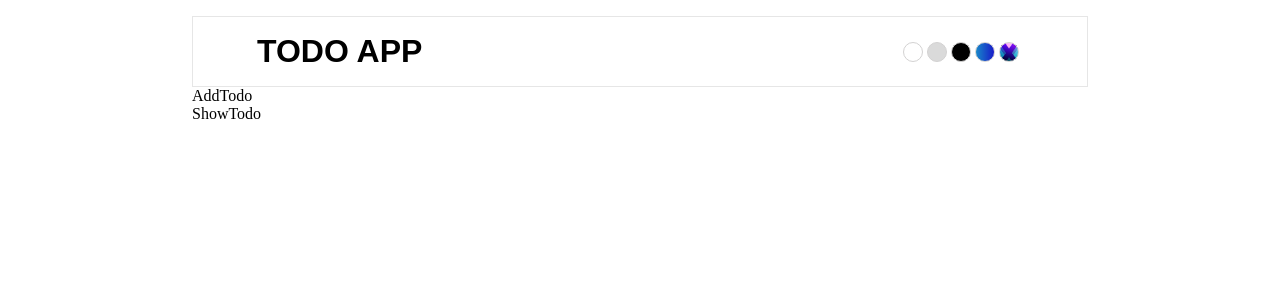
Repository: michalmilek/TodoApp
Page: /
An editor plug-in stored every save of this project. The page is shown before and after the next save, followed by the edit.
The browser window is 1280 px wide. The pictures show the whole page.
Some web fonts or font styles are not loaded; a fallback is used. The project was rebuilt for these pictures with package versions that can differ from the ones it lists, and the page was loaded fresh each time. Also part of the build but not shown: vite.config.js.

Above is the page before, as saved 2023-02-01 13:23:20.

### src/App.jsx
import { useState } from "react";
import "./App.css";
import AddTodo from "./components/AddTodo";
import Header from "./components/Header";
import ShowTodo from "./components/ShowTodo";

function App() {
  return (
    <div className="App">
      <Header />
      <AddTodo />
      <ShowTodo />
    </div>
  );
}

export default App;

### src/index.css
@import url(https://fonts.googleapis.com/css?family=Poppins:100,100italic,200,200italic,300,300italic,regular,italic,500,500italic,600,600italic,700,700italic,800,800italic,900,900italic);
@import url(https://fonts.googleapis.com/css?family=Texturina:100,200,300,regular,500,600,700,800,900,100italic,200italic,300italic,italic,500italic,600italic,700italic,800italic,900italic);

*{
  box-sizing: border-box;
  margin: 0;
  padding: 0;
}

body{
  display: flex;
  flex-direction: column;
  align-items: center;
  justify-content: center;
}

### src/App.css
header{
  display: flex;
  justify-content: space-between;
  align-items: center;
  width: 70vw;
  margin-top: 1rem;
  padding: 1rem 4rem;
  border: 1px solid rgb(230, 230, 230);
}

  .logo{
    font-family: 'Texturina', sans-serif;
  }

  .themeSelector{
    display: flex;
    gap: 4px;
  }

  .light{
  height: 20px;
  width: 20px;
  background-color: rgb(255, 255, 255);
  border: 1px solid rgb(211, 210, 210);;
  border-radius: 50%;
  display: inline-block;
  }

  .medium{
      height: 20px;
  width: 20px;
  background-color: rgb(218, 218, 218);
  border: 1px solid rgb(211, 210, 210);;
  border-radius: 50%;
  display: inline-block;
  }

  .dark{

      height: 20px;
  width: 20px;
  background-color: rgb(0, 0, 0);
  border: 1px solid rgb(211, 210, 210);
  border-radius: 50%;
  display: inline-block;
  }

  .g1{
    height: 20px;
  width: 20px;
  background: linear-gradient(90deg, #1888c9, #181bc9);;
  border: 1px solid rgb(211, 210, 210);
  border-radius: 50%;
  display: inline-block;
  }

  .g2{
    background: linear-gradient(235deg, #FFFFFF 0%, #000F25 100%), linear-gradient(180deg, #6100FF 0%, #000000 100%), linear-gradient(235deg, #FFA3AC 0%, #FFA3AC 40%, #00043C calc(40% + 1px), #00043C 60%, #005D6C calc(60% + 1px), #005D6C 70%, #00C9B1 calc(70% + 1px), #00C9B1 100%), linear-gradient(125deg, #FFA3AC 0%, #FFA3AC 40%, #00043C calc(40% + 1px), #00043C 60%, #005D6C calc(60% + 1px), #005D6C 70%, #00C9B1 calc(70% + 1px), #00C9B1 100%);
  background-blend-mode: soft-light, screen, darken, normal;
height: 20px;
  width: 20px;
  border: 1px solid rgb(211, 210, 210);
  border-radius: 50%;
  display: inline-block;
}

### src/components/AddTodo.jsx
import React from "react";

const AddTodo = () => {
  return <div>AddTodo</div>;
};

export default AddTodo;

### src/components/Header.jsx
import React from "react";

const Header = () => {
  return (
    <header>
      <div className="logo">
        <h1>TODO APP</h1>
      </div>
      <div className="themeSelector">
        <span className="light"></span>
        <span className="medium"></span>
        <span className="dark"></span>
        <span className="g1"></span>
        <span className="g2"></span>
        <span className="g3"></span>
      </div>
    </header>
  );
};

export default Header;

### src/components/ShowTodo.jsx
import React from "react";

const ShowTodo = () => {
  return <div>ShowTodo</div>;
};

export default ShowTodo;

Loaded but not shown: index.html (common file); src/main.jsx (common file)

After the next save:
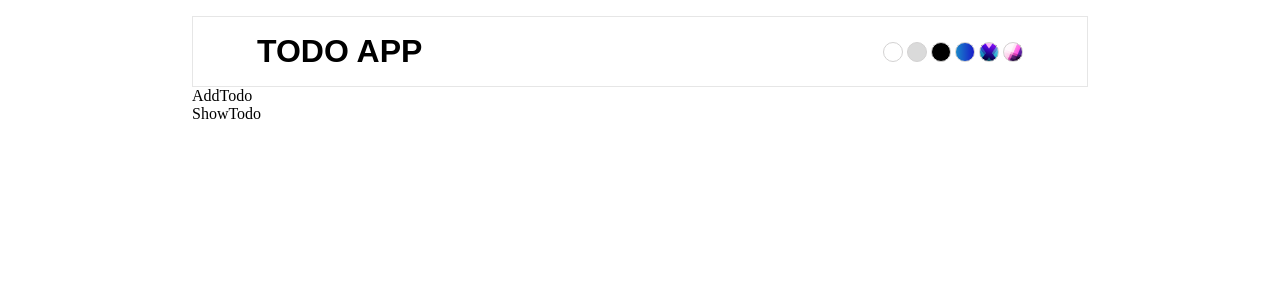
Saved 26 s later.
--- a/src/App.css
+++ b/src/App.css
@@ -63,3 +63,13 @@ height: 20px;
   border-radius: 50%;
   display: inline-block;
 }
+
+.g3{
+  background: linear-gradient(125deg, #FFFFFF 0%, #000000 100%), linear-gradient(200deg, #FFD9E8 0%, #FFD9E8 50%, #DE95BA calc(50% + 1px), #DE95BA 60%, #7F4A88 calc(60% + 1px), #7F4A88 75%, #4A266A calc(75% + 1px), #4A266A 100%), linear-gradient(113deg, #FFD9E8 0%, #FFD9E8 40%, #DE95BA calc(40% + 1px), #DE95BA 50%, #7F4A88 calc(50% + 1px), #7F4A88 70%, #4A266A calc(70% + 1px), #4A266A 100%);
+  background-blend-mode: overlay, overlay, normal;
+  height: 20px;
+  width: 20px;
+  border: 1px solid rgb(211, 210, 210);
+  border-radius: 50%;
+  display: inline-block;
+}
